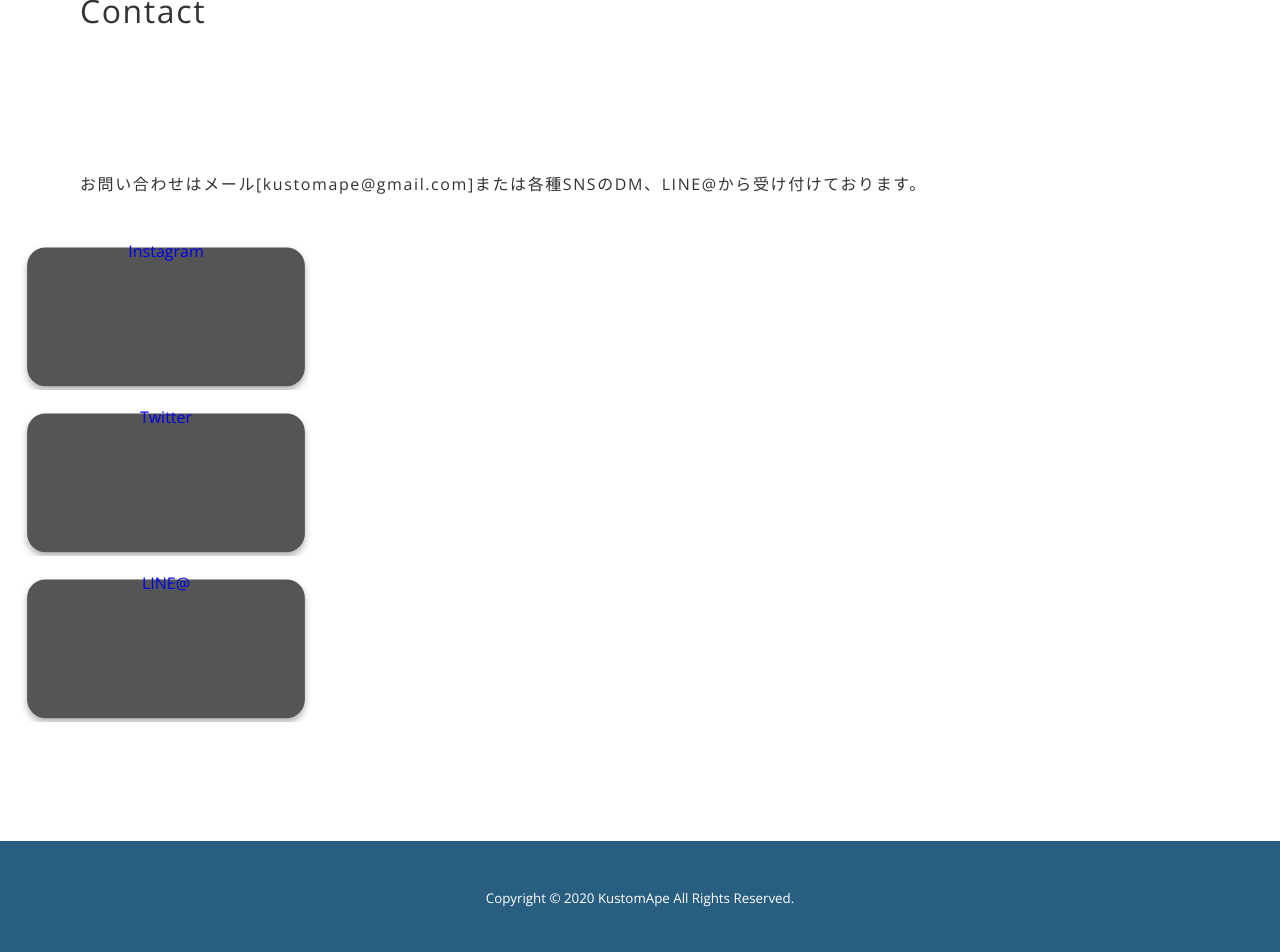
Repository: AirDepot/web
Page: index.html
The author's editor kept a copy of each file at every save. The page is drawn from the files as they stood at one save, then again after the next save.
The browser window is 1280 px wide. The pictures show the part of the page from y = 4739 to 5691 px (the page is 5692 px tall).
A picture or video elsewhere on the page could not be fetched, so the positions and the page height are approximate.

Above is the page before, as saved 2020-02-12 19:25:19.

### index.html
<!DOCTYPE html>
<html lang="ja">
    <head>
        <meta charset="UTF-8">
        <link href="https://fonts.googleapis.com/css?family=Open+Sans:100,300,400,600" rel="stylesheet" type="text/css">
        <link href="http://code.ionicframework.com/ionicons/2.0.1/css/ionicons.min.css" rel="stylesheet" type="text/css">
        <link type="text/css" rel="stylesheet" href="./assets/css/common.css">
        <title>KustomApe</title>
        <meta name=”keywords” content="Python, Web, 映像, 教材, 開発">
        <meta name=”description” content=”Pythonを使ったプロダクト開発のKustomApe。車業界、ストリート映像を軸としたプロダクトDevelopmentユニット。Web開発、データクローリング、映像・写真、プログラミングの教材開発を行っています。”>
    </head>
    <body>
        <div id="wrap">
            <div id="home">
                <header id="header">
                    <h1 id="logo"><a href="#home"><img src="./assets/img/main_logo.svg" alt="KustomApe"></a></h1>
                    <nav id="nav">
                        <ul id="navigations">
                            <li><a href="#about">About</a></li>
                            <li><a href="#products">Products</a></li>
                            <li><a href="#works">Works</a></li>
                            <li><a href="#hackers">Developers</a></li>
                            <li><a href="#contact">Contact</a></li>
                        </ul>
                    </nav>
                </header>
                <div id="header_contents">
                    <p id="ape_icon"><img src="./assets/img/ape_icon.svg" alt="Apeのアイコン画像"></p>
                    <h2 id="concept">Verbalize, makes the best Product.</h2>
                </div>
            </div>
            <div id="about">
                <h3 class="section_titles">About</h3>
                <p id="about_kustomape">KustomApe(カスタムエイプ)はWebをはじめとする車業界、ストリート映像を軸としたDevelopmentユニットです。<br />
                好きを言語化して、プロダクトにすることを得意としています。<br />
                また、自分の生き方の選択肢を広げるため、プログラミング・英語・映像を軸とした教材開発も行っています。<br />
                部品輸入・アパレル輸入・アパレルデザインなども個人に特化した形で提供しております。<br />
                詳しくはProductsをご覧ください。</p>
            </div>
            <div id="products">
                <h3 class="section_titles">Products</h3>
                <section id="box_master">
                    <p class="box">Web Development</p>
                    <p class="box">Data Analytics</p>
                    <p class="box">Street Filming/ Still Photography</p>
                    <p class="box">Education</p>
                </section>
            </div>
            <div id="works">
                <h3 class="section_titles">Works</h3>
                <section id="box_master">
                    <p class="box">Coming soon...</p>
                </section>
            </div>
            <div id="developers">
                <h3 class="section_titles">Developers</h3>
                <p id="profile_pic"><img src="./assets/img/eisuke.svg" alt="Eisukeの画像"></p>
                <div id="profile_desc">
                    <p class="about_eisuke">KustomApe Owner</p>
                    <p class="about_eisuke">Product Design Manager</p>
                    <p class="about_eisuke_bold">Eisuke Nakanishi</p>
                    <p class="about_eisuke">Nissan C35 Laurel</p>
                    <p class="about_eisuke">Python / JavaScript / HTML / CSS / Davinci Resolve Studio16</p>
                </div>
            </div>
            <div id="contact">
                <h3 class="section_titles">Contact</h3>
                <p id="kustomape_contact">お問い合わせはメール[kustomape@gmail.com]または各種SNSのDM、LINE@から受け付けております。</p>
                <div class="btn"><a target="_blank" class="btn_item" href="https://instagram.com/kustomape">Instagram</a></div>
                <div class="btn"><a target="_blank" class="btn_item" href="https://twitter.com/kustomape">Twitter</a></div>
                <div class="btn"><a target="_blank" class="btn_item" href="https://lin.ee/jkdIlGU">LINE@</a></div>
            </div>
            <footer id="footer">
                <small>Copyright &copy; 2020 KustomApe All Rights Reserved.</small>
            </footer>
        </div>
    </body>
</html>

### assets/css/common.css
/**********************************************
*** GENERAL
**********************************************/

* {
    margin: 0;
    padding: 0;
    box-sizing: border-box;
}

.clearfix::after {
    content: "";
    display: table;
    clear: both;
}

html {
    overflow: auto;
}

body {
    color: #333;
    font-family: Open Sans, Arial, Helvetica, sans-serif;
    overflow: hidden;
}

ul {
    list-style: none;
}

a {
    text-decoration: none;
}

div#wrap {
    width: 100%;
    margin-top: -3rem;
}

div#home {
    width: 100%;
    height: 1080px;
    background-image: url(../img/wrap_bg.svg);
    background-position: center top;
    background-repeat: no-repeat;
    background-size: cover;
}

header#header {
    width: 100%;
    height: 150px;
    margin-left: 5rem;
}

header#header h1#logo {
    width: 500px;
    margin-top: 3rem;
}

h1#logo img {
    margin-top: 3rem;
    width: 350px;
}

nav#nav {
    margin-top: -4rem;
}

nav#nav ul#navigations {
    display: flex;
    justify-content: center;
    align-items: center;
    list-style: none;
    margin-left: 43rem;
}

nav#nav ul#navigations li {
    padding-right: 3.5rem;
}

nav#nav ul#navigations li a {
    color: #fff;
}

div#header_contents {
    display: inline-flex;
    margin-left: 5rem;
    padding: 15rem 0;
}

div#header_contents h2#concept {
    padding: 4.5rem 1rem;
    letter-spacing: 0.1rem;
    font-weight: 100;
    font-size: 1.5rem;
}

div#header_contents p#ape_icon img {
    width: 200px;
}

h3.section_titles {
    font-size: 2rem;
    font-weight: 500;
    padding-top: 3rem;
    margin-left: 5rem;
    letter-spacing: 0.1rem;
}

div#about {
    width: 100%;
    height: 900px;
}

div#about p#about_kustomape {
    padding-top: 9rem;
    margin-left: 5rem;
    font-size: 1rem;
    letter-spacing: 0.1rem;
    line-height: 5rem;
}

div#products {
    width: 100%;
    height: 900px;
    background: #F5F9FA;
}

section#box_master {
    display: block;
    width: 1200px;
    margin: 0 auto;
    margin-top: 9rem;
}

div#works {
    width: 100%;
    height: 900px;
}

p.box {
    display: inline-block;
    background-image: url(../img/box_bg.svg);
    background-position: center top;
    background-repeat: no-repeat;
    background-size: cover;
    width: 500px;
    height: 250px;
    color: #fff;
    font-weight: 100;
    text-align: center;
    padding: 7rem 0;
    margin: 1rem;
}


div#developers {
    width: 100%;
    height: 900px;
    background: #F5F9FA;
}

p#profile_pic img {
    display: block;
    width: 300px;
    margin: 0 auto;
    margin-top: 9rem;
}

div#profile_desc {
    margin-top: 3rem;
}

p.about_eisuke {
 text-align: center;
 padding-top: 1rem;
 letter-spacing: 0.1rem;
 font-size: 1rem;
}

p.about_eisuke_bold {
 text-align: center;
 padding-top: 1rem;
 letter-spacing: 0.15rem;
 font-size: 1.3rem;
 font-weight: bold;
}

div#contact {
    width: 100%;
    height: 900px;
}

div#contact p#kustomape_contact {
    padding-top: 7rem;
    margin-left: 5rem;
    font-size: 1rem;
    letter-spacing: 0.1rem;
    line-height: 5rem;
}

div.btn {
    background: url('../img/contact_bg.svg');
    background-position: center top;
    background-repeat: no-repeat;
    background-size: cover;
    width: 300px;
    height: 150px;
    color: #fff;
    font-weight: 100;
    text-align: center;
    margin: 1rem;
}


footer#footer {
    width: 100%;
    height: 7rem;
    background: #285E7F;
}

footer#footer small {
    display: block;
    text-align: center;
    color: #fff;
    padding: 3rem 0;
}

After the next save:
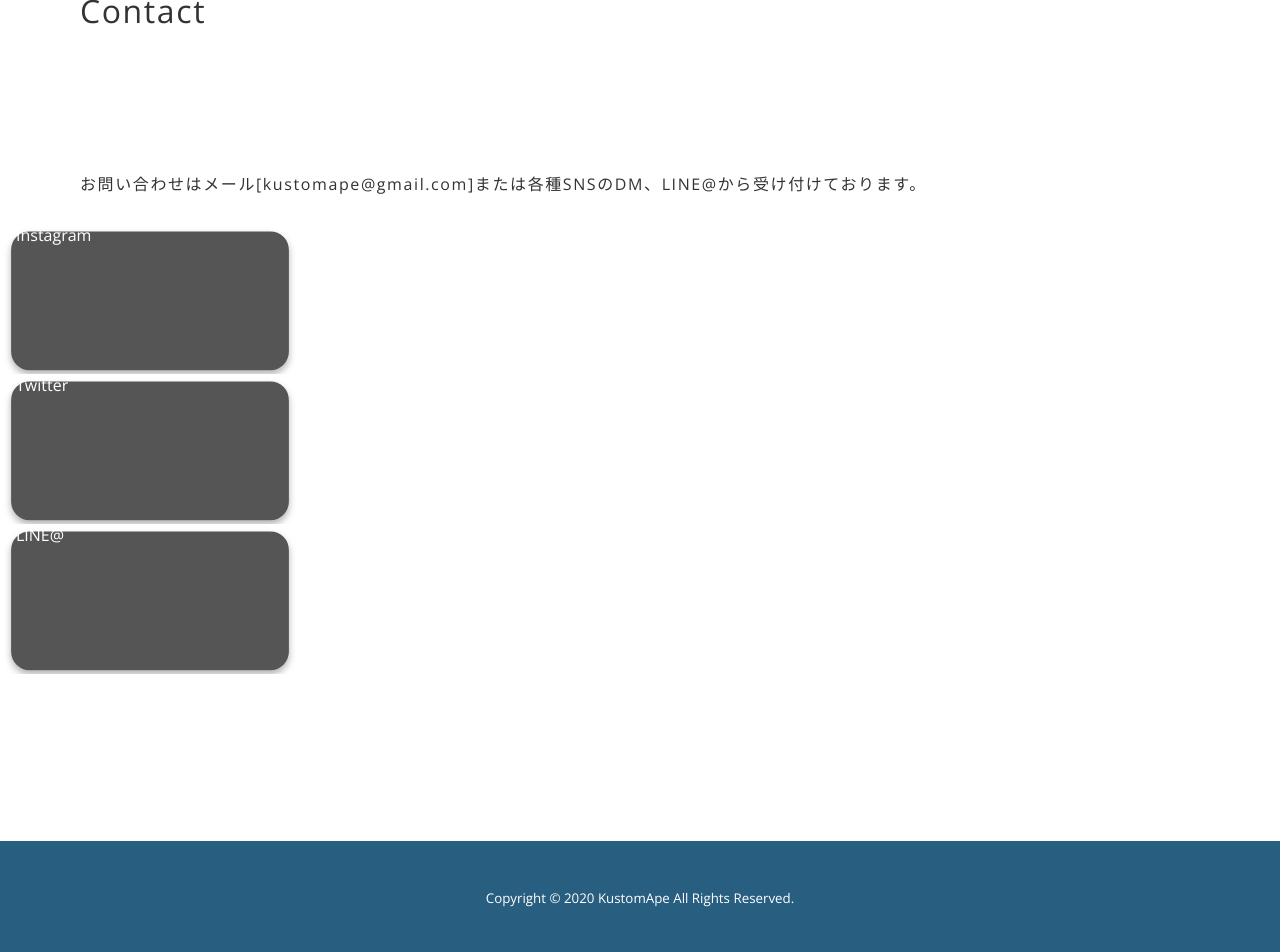
Saved 42 s later.
--- a/assets/css/common.css
+++ b/assets/css/common.css
@@ -206,6 +206,9 @@ div.btn {
     background-size: cover;
     width: 300px;
     height: 150px;
+}
+
+div.btn a.btn_item {
     color: #fff;
     font-weight: 100;
     text-align: center;
